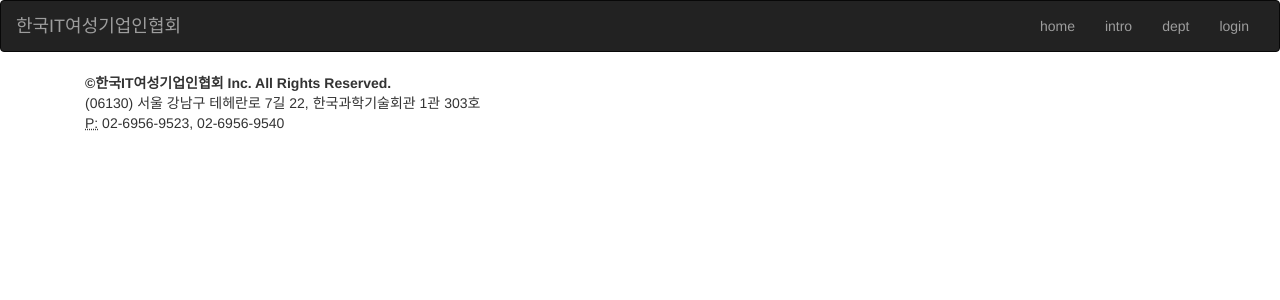
Repository: minho00123/sw-professional-training
Page: http://localhost/sts05/WEB-INF/views/intro.jsp
An editor plug-in stored every save of this project. The page is shown before and after the next save, followed by the edit.
The browser window is 1280 px wide. The pictures show the whole page.
The page is served by Tomcat 9. Nobody is signed in. The template is opened directly, without the code that normally fills it, so the values that code supplies are empty.

Above is the page before, as saved 2025-05-19 05:09:00.

After the next save:
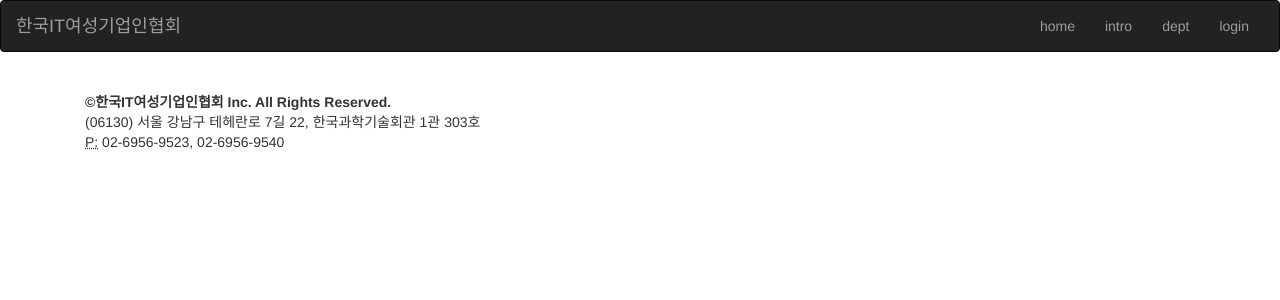
Saved 19 s later.
--- a/stsWorkspace/sts05/src/main/webapp/WEB-INF/views/intro.jsp
+++ b/stsWorkspace/sts05/src/main/webapp/WEB-INF/views/intro.jsp
@@ -9,6 +9,7 @@
 </head>
 <body>
 	<%@ include file="layout/menu.jspf"%>
+	<img alt="" src="">
 	<%@ include file="layout/footer.jspf"%>
 </body>
 </html>
